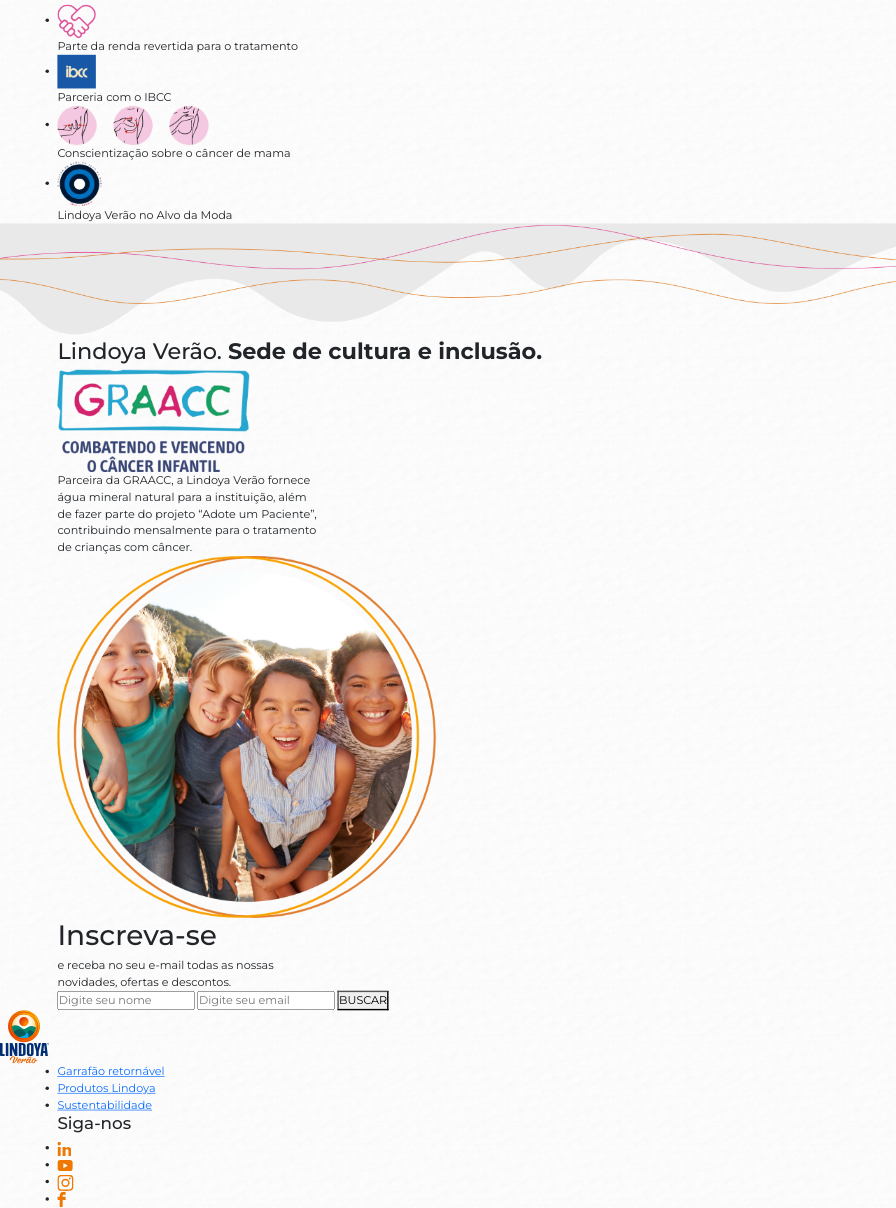
Repository: ItamarLourenco/lindoya-catalogo
Page: index.html
The author's editor kept a copy of each file at every save. The page is drawn from the files as they stood at one save, then again after the next save.
The browser window is 1280 px wide. The pictures show the part of the page from y = 3855 to 5775 px (the page is 5581 px tall before and 5775 px after), at 70% of full size.

Above is the page before, as saved 2023-02-08 19:42:52.

After the next save:
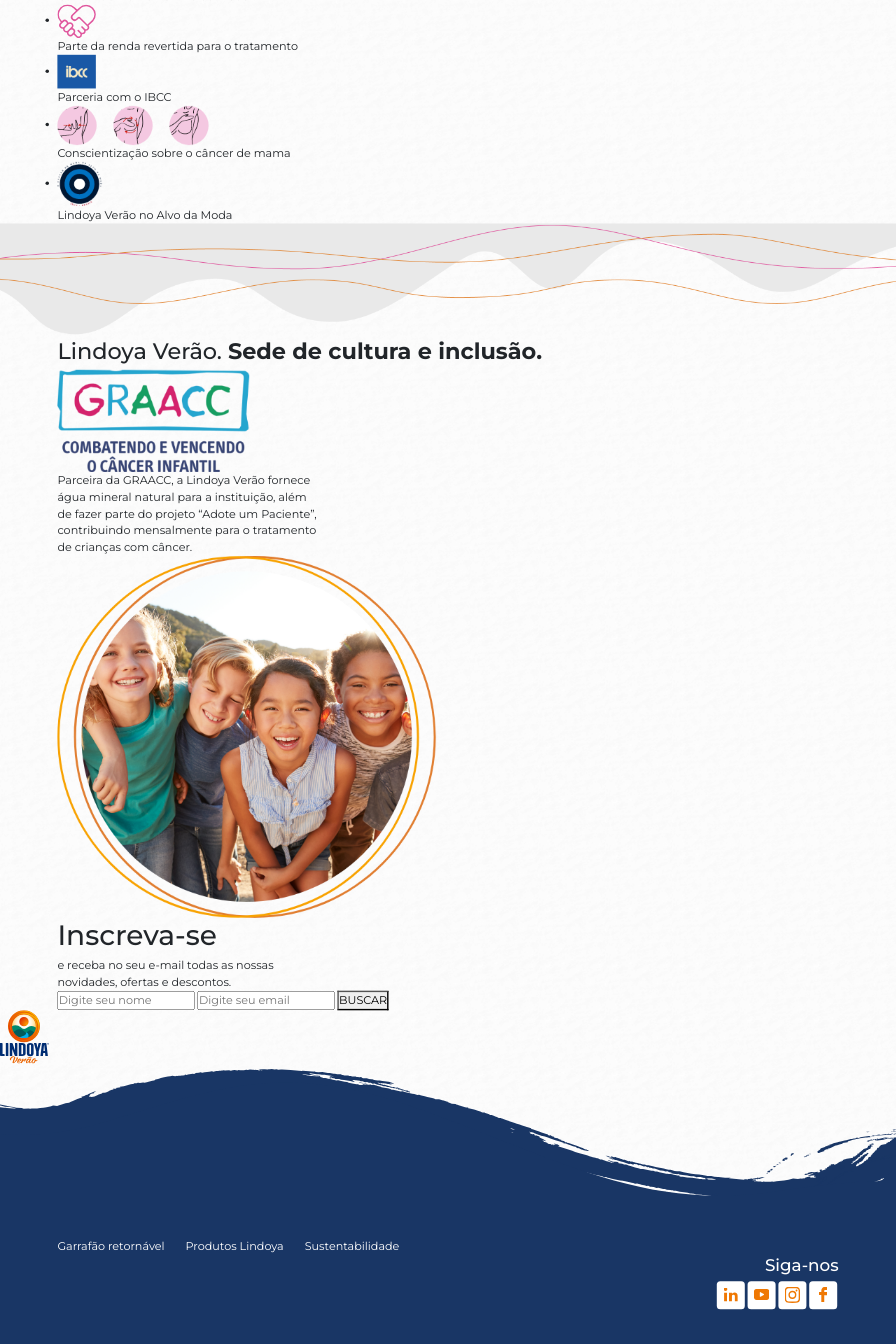
Saved 29 s later.
--- a/css/lindoya.css
+++ b/css/lindoya.css
@@ -107,3 +107,51 @@
   text-align: center;
   position: relative;
 }
+
+.footer{
+  background-image: url('../assets/images/rodape.svg');
+  height:400px;
+  padding-top:250px;
+}
+.footer__networks{
+  text-align: right;
+}
+.footer__networks .footer__networks__list{
+  display: flex;
+  list-style: none;
+  padding:0;
+  justify-content: flex-end;
+}
+.footer__networks .footer__networks__title{
+  color:#FFF;
+}
+.footer__networks .footer__networks__list li{
+  text-align: center;
+  width: 40px;
+  height: 40px;
+  padding:6px;
+  background-color: #FFF;
+  margin-left:2px;
+  margin-right: 2px;;
+  border-radius: 5px;;
+
+
+}
+.footer__networks .footer__networks__list li a{
+  width: 50px;
+  height: 50px;
+}
+.footer .footer__links{
+  list-style: none;
+  padding: 0;
+  display: flex;
+}
+
+.footer .footer__links li a{
+  color:#FFF !important;
+  text-decoration:  none;
+  margin-right: 30px;
+}
+.footer .footer__links li a:hover{
+  text-decoration: underline;
+}
